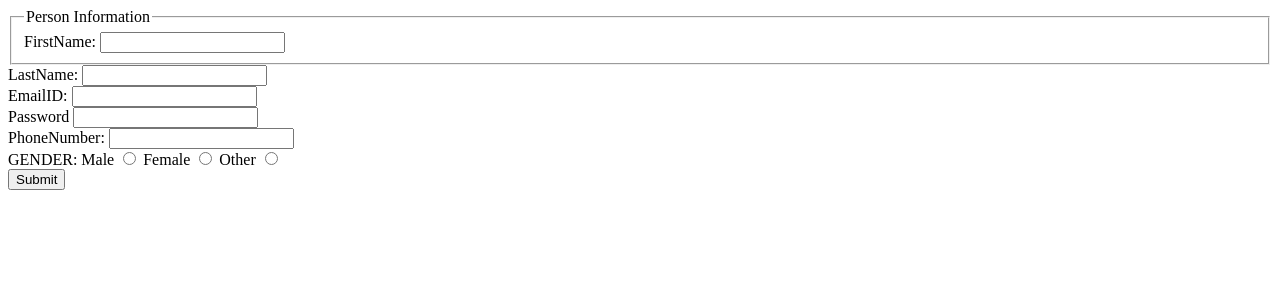
Repository: Tharungandhi/ServeltProject
Page: LginRegistrationApp/WebContent/index.html
The author's editor kept a copy of each file at every save. The page is drawn from the files as they stood at one save, then again after the next save.
The browser window is 1280 px wide. The pictures show the whole page.

Above is the page before, as saved 2019-01-22 07:42:17.

After the next save:
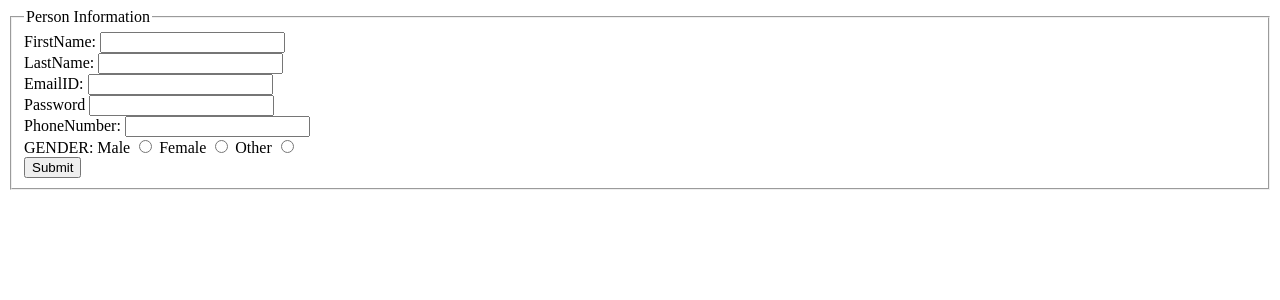
Saved 101 s later.
--- a/LginRegistrationApp/WebContent/index.html
+++ b/LginRegistrationApp/WebContent/index.html
@@ -6,9 +6,10 @@
 </head>
 <body>
 <form action="login" method="post">
-<div>
+
 <fieldset>
 <legend>Person Information</legend>
+<div>
 <label>FirstName:</label>
 <input type="text" name="firstname" value="" required/> </div>
 <div>
@@ -34,8 +35,7 @@
 <input type="radio" name="gender" value="other" required/>
 </div>
 <input type="submit" name="submit"/>
-
+</fieldset>
 </form>
-</fieldset>
 </body>
 </html>
